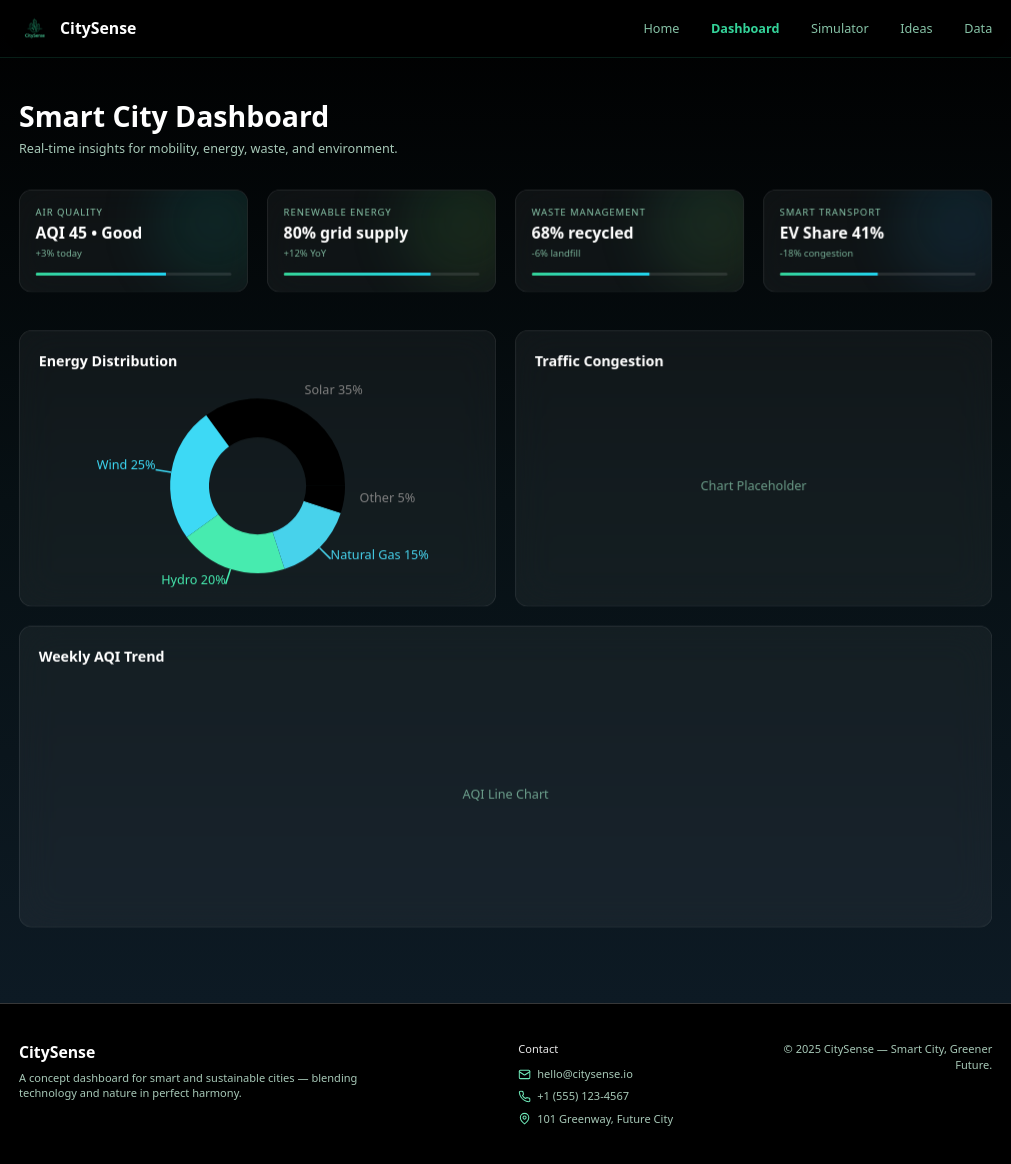
Repository: crashyet/CitySense
Page: /dashboard
These files come from the project's save history. The page is drawn as it stood at one moment and after the next save; the edit follows.
The browser window is 1280 px wide. The pictures show the whole page, at 79% of full size.
The project was rebuilt for these pictures with package versions that can differ from the ones it lists, and the page was loaded fresh each time. Also part of the build but not shown: vite.config.js, src/pages/landing/Hero.jsx, src/pages/landing/DashboardPreview.jsx, src/pages/landing/Infographic.jsx, src/pages/landing/Community.jsx, src/pages/landing/index.jsx, src/pages/Simulator/index.jsx, src/pages/Ideas/index.jsx and 1 more.

Above is the page before, as saved 2025-11-16 23:01:32.

### src/App.jsx
import { Routes, Route } from "react-router-dom";

import Landing from "./pages/landing";
import Dashboard from "./pages/Dashboardpack";
import Simulator from "./pages/Simulator";
import Ideas from "./pages/Ideas";
import DataPage from "./pages/Data";

export default function App() {
  return (
    <Routes>
      <Route path="/" element={<Landing />} />
      <Route path="/dashboard" element={<Dashboard />} />
      <Route path="/simulator" element={<Simulator />} />
      <Route path="/ideas" element={<Ideas />} />
      <Route path="/data" element={<DataPage />} />
    </Routes>
  );
}

### src/pages/Dashboardpack/index.jsx
import Navbar from "../../components/Navbar";
import Footer from "../../components/Footer";
import EnergyPieChart from "../../components/EnergyPieChart";

export default function Dashboardpack() {
  return (
    <>
      <Navbar />

      <div className="relative w-full bg-gradient-to-b from-black via-[#071014] to-[#0d1a24] text-white pb-24 pt-32">

        <div className="mx-auto max-w-7xl px-6">

          {/* Header */}
          <div className="mb-10">
            <h1 className="text-3xl md:text-4xl font-semibold">Smart City Dashboard</h1>
            <p className="text-emerald-100/80 mt-2">
              Real-time insights for mobility, energy, waste, and environment.
            </p>
          </div>

          {/* Top Stats */}
          <div className="grid grid-cols-1 md:grid-cols-2 lg:grid-cols-4 gap-6 mb-12">

            {/* Card */}
            <div className="group relative overflow-hidden rounded-2xl border border-white/10 bg-white/5 p-5 backdrop-blur-xl transition hover:border-emerald-300/40">
              <div className="absolute -right-10 -top-10 h-40 w-40 rounded-full bg-gradient-to-br
              from-cyan-500/30 to-emerald-500/30 opacity-40 blur-2xl" />

              <div className="relative">
                <p className="text-xs uppercase tracking-widest text-emerald-200/80">Air Quality</p>
                <p className="mt-1 text-xl font-semibold">AQI 45 • Good</p>
                <p className="text-xs text-emerald-200/70 mt-1">+3% today</p>
                <div className="mt-4 h-1 w-full bg-white/10 rounded-full overflow-hidden">
                  <div className="h-full w-2/3 bg-gradient-to-r from-emerald-400 to-cyan-400"></div>
                </div>
              </div>
            </div>

            {/* Card */}
            <div className="group relative overflow-hidden rounded-2xl border border-white/10 bg-white/5 p-5 backdrop-blur-xl transition hover:border-emerald-300/40">
              <div className="absolute -right-10 -top-10 h-40 w-40 rounded-full bg-gradient-to-br
              from-emerald-500/30 to-lime-400/30 opacity-40 blur-2xl" />

              <div className="relative">
                <p className="text-xs uppercase tracking-widest text-emerald-200/80">Renewable Energy</p>
                <p className="mt-1 text-xl font-semibold">80% grid supply</p>
                <p className="text-xs text-emerald-200/70 mt-1">+12% YoY</p>
                <div className="mt-4 h-1 w-full bg-white/10 rounded-full overflow-hidden">
                  <div className="h-full w-3/4 bg-gradient-to-r from-emerald-400 to-cyan-400"></div>
                </div>
              </div>
            </div>

            {/* Card */}
            <div className="group relative overflow-hidden rounded-2xl border border-white/10 bg-white/5 p-5 backdrop-blur-xl transition hover:border-emerald-300/40">
              <div className="absolute -right-10 -top-10 h-40 w-40 rounded-full bg-gradient-to-br
              from-teal-400/30 to-lime-400/30 opacity-40 blur-2xl" />

              <div className="relative">
                <p className="text-xs uppercase tracking-widest text-emerald-200/80">Waste Management</p>
                <p className="mt-1 text-xl font-semibold">68% recycled</p>
                <p className="text-xs text-emerald-200/70 mt-1">-6% landfill</p>
                <div className="mt-4 h-1 w-full bg-white/10 rounded-full overflow-hidden">
                  <div className="h-full w-3/5 bg-gradient-to-r from-emerald-400 to-cyan-400"></div>
                </div>
              </div>
            </div>

            {/* Card */}
            <div className="group relative overflow-hidden rounded-2xl border border-white/10 bg-white/5 p-5 backdrop-blur-xl transition hover:border-emerald-300/40">
              <div className="absolute -right-10 -top-10 h-40 w-40 rounded-full bg-gradient-to-br
              from-cyan-500/30 to-blue-500/30 opacity-40 blur-2xl" />

              <div className="relative">
                <p className="text-xs uppercase tracking-widest text-emerald-200/80">Smart Transport</p>
                <p className="mt-1 text-xl font-semibold">EV Share 41%</p>
                <p className="text-xs text-emerald-200/70 mt-1">-18% congestion</p>
                <div className="mt-4 h-1 w-full bg-white/10 rounded-full overflow-hidden">
                  <div className="h-full w-1/2 bg-gradient-to-r from-emerald-400 to-cyan-400"></div>
                </div>
              </div>
            </div>

          </div>

          {/* 2 Column Charts */}
          <div className="grid grid-cols-1 md:grid-cols-2 gap-6">

            <div className="rounded-2xl border border-white/10 bg-white/5 p-6 backdrop-blur-xl md:col-span-1">
          <h3 className="text-lg font-semibold mb-4">Energy Distribution</h3>

          <div className="h-64">
            <EnergyPieChart />
          </div>
        </div>

            <div className="rounded-2xl border border-white/10 bg-white/5 p-6 backdrop-blur-xl">
              <h3 className="text-lg font-semibold mb-4">Traffic Congestion</h3>
              <div className="h-64 flex items-center justify-center text-emerald-200/60">
                Chart Placeholder
              </div>
            </div>

            <div className="rounded-2xl border border-white/10 bg-white/5 p-6 backdrop-blur-xl md:col-span-2">
              <h3 className="text-lg font-semibold mb-4">Weekly AQI Trend</h3>
              <div className="h-72 flex items-center justify-center text-emerald-200/60">
                AQI Line Chart
              </div>
            </div>

          </div>
        </div>
      </div>

      <Footer />
    </>
  );
}

### src/components/Navbar.jsx
import { NavLink } from "react-router-dom";
import { useState } from "react";
import Logo from "../assets/logo.png"; // sesuaikan path logo

export default function Navbar() {
  const [open, setOpen] = useState(false);

  const linkClass = ({ isActive }) =>
    isActive
      ? "text-emerald-400 font-semibold"
      : "text-emerald-200/80 hover:text-white";

  return (
    <header className="fixed w-full z-50 bg-black/40 backdrop-blur-xl border-b border-emerald-400/20 px-6 py-4">
      <div className="max-w-7xl mx-auto flex justify-between items-center">

        {/* LOGO */}
        <NavLink to="/" className="flex items-center gap-3">
          <img src={Logo} className="w-10 h-10" />
          <span className="text-xl text-white font-semibold">CitySense</span>
        </NavLink>

        {/* DESKTOP NAV */}
        <nav className="hidden md:flex gap-10">
          <NavLink to="/" className={linkClass}>Home</NavLink>
          <NavLink to="/dashboard" className={linkClass}>Dashboard</NavLink>
          <NavLink to="/simulator" className={linkClass}>Simulator</NavLink>
          <NavLink to="/ideas" className={linkClass}>Ideas</NavLink>
          <NavLink to="/data" className={linkClass}>Data</NavLink>
        </nav>

        {/* MOBILE BUTTON */}
        <button className="md:hidden text-white" onClick={() => setOpen(!open)}>
          {open ? "✖" : "☰"}
        </button>
      </div>

      {/* MOBILE NAV */}
      {open && (
        <div className="md:hidden bg-black/60 backdrop-blur-lg px-6 pb-4 flex flex-col gap-3">
          <NavLink onClick={() => setOpen(false)} to="/" className="text-white">Home</NavLink>
          <NavLink onClick={() => setOpen(false)} to="/dashboard" className="text-white">Dashboard</NavLink>
          <NavLink onClick={() => setOpen(false)} to="/simulator" className="text-white">Simulator</NavLink>
          <NavLink onClick={() => setOpen(false)} to="/ideas" className="text-white">Ideas</NavLink>
          <NavLink onClick={() => setOpen(false)} to="/data" className="text-white">Data</NavLink>
        </div>
      )}
    </header>
  );
}

### src/components/Footer.jsx
import React from "react";

const Footer = () => {
  return (
    <footer id="contact" className="relative w-full bg-black text-white">
      <div className="mx-auto max-w-7xl px-6 py-12">

        <div className="grid grid-cols-1 gap-8 md:grid-cols-4">

          {/* Brand */}
          <div className="col-span-2">
            <h4 className="text-xl font-semibold">CitySense</h4>
            <p className="mt-2 max-w-md text-sm text-emerald-100/80">
              A concept dashboard for smart and sustainable cities — blending
              technology and nature in perfect harmony.
            </p>
          </div>

          {/* Contact */}
          <div>
            <p className="text-sm font-medium text-white/90">Contact</p>
            <ul className="mt-3 space-y-2 text-sm text-emerald-100/80">

              <li className="flex items-center gap-2">
                <svg xmlns="http://www.w3.org/2000/svg" width="24" height="24"
                  viewBox="0 0 24 24" fill="none" stroke="currentColor"
                  strokeWidth="2" strokeLinecap="round" strokeLinejoin="round"
                  className="lucide lucide-mail h-4 w-4 text-emerald-300">
                  <rect width="20" height="16" x="2" y="4" rx="2"></rect>
                  <path d="m22 7-8.97 5.7a1.94 1.94 0 0 1-2.06
                    0L2 7"></path>
                </svg>
                hello@citysense.io
              </li>

              <li className="flex items-center gap-2">
                <svg xmlns="http://www.w3.org/2000/svg" width="24" height="24"
                  viewBox="0 0 24 24" fill="none" stroke="currentColor"
                  strokeWidth="2" strokeLinecap="round" strokeLinejoin="round"
                  className="lucide lucide-phone h-4 w-4 text-emerald-300">
                  <path d="M22 16.92v3a2 2 0 0 1-2.18
                    2 19.79 19.79 0 0 1-8.63-3.07 19.5
                    19.5 0 0 1-6-6 19.79 19.79 0 0
                    1-3.07-8.67A2 2 0 0 1 4.11 2h3a2
                    2 0 0 1 2 1.72 12.84 12.84 0 0
                    0 .7 2.81 2 2 0 0 1-.45
                    2.11L8.09 9.91a16 16 0 0 0 6
                    6l1.27-1.27a2 2 0 0 1 2.11-.45
                    12.84 12.84 0 0 0 2.81.7A2
                    2 0 0 1 22 16.92z"></path>
                </svg>
                +1 (555) 123-4567
              </li>

              <li className="flex items-center gap-2">
                <svg xmlns="http://www.w3.org/2000/svg" width="24" height="24"
                  viewBox="0 0 24 24" fill="none" stroke="currentColor"
                  strokeWidth="2" strokeLinecap="round" strokeLinejoin="round"
                  className="lucide lucide-map-pin h-4 w-4 text-emerald-300">
                  <path d="M20 10c0 6-8 12-8
                    12s-8-6-8-12a8 8 0 0 1
                    16 0Z"></path>
                  <circle cx="12" cy="10" r="3"></circle>
                </svg>
                101 Greenway, Future City
              </li>

            </ul>
          </div>

          {/* Copyright */}
          <div className="md:text-right">
            <p className="text-sm text-emerald-100/80">
              © 2025 CitySense — Smart City, Greener Future.
            </p>
          </div>

        </div>
      </div>
    </footer>
  );
};

export default Footer;

### src/components/EnergyPieChart.jsx
import { PieChart, Pie, Cell, Tooltip, ResponsiveContainer } from "recharts";
import { color } from "three/tsl";

const data = [
  { name: "Solar", value: 35, colo: "blue" },
  { name: "Wind", value: 25, color: "hsl(189 90% 60%)" },
  { name: "Hydro", value: 20, color: "hsl(158 80% 60%)" },
  { name: "Natural Gas", value: 15, color: "hsl(189 80% 60%)" },
  { name: "Other", value: 5,},
];

export default function EnergyPieChart() {
  return (
    <div className="w-full h-full">
      <ResponsiveContainer width="100%" height="100%">
        <PieChart>
          <Pie
            data={data}
            dataKey="value"
            nameKey="name"
            cx="50%"
            cy="50%"
            innerRadius="50%"
            outerRadius="90%"
            stroke="E67E22"
            strokeWidth={2}
            label={({ name, value }) => `${name} ${value}%`}
            labelLine={true}
          >
            {data.map((entry, index) => (
              <Cell key={index} fill={entry.color} />
            ))}
          </Pie>

          <Tooltip
            contentStyle={{
              background: "rgba(255,255,255,0.1)",
              border: "1px solid rgba(255,255,255,0.2)",
              backdropFilter: "blur(10px)",
              color: "#fff",
            }}
          />
        </PieChart>
      </ResponsiveContainer>
    </div>
  );
}

Loaded but not shown: index.html (common file); src/main.jsx (common file); src/index.css (common file); tailwind.config.js (common file)

After the next save:
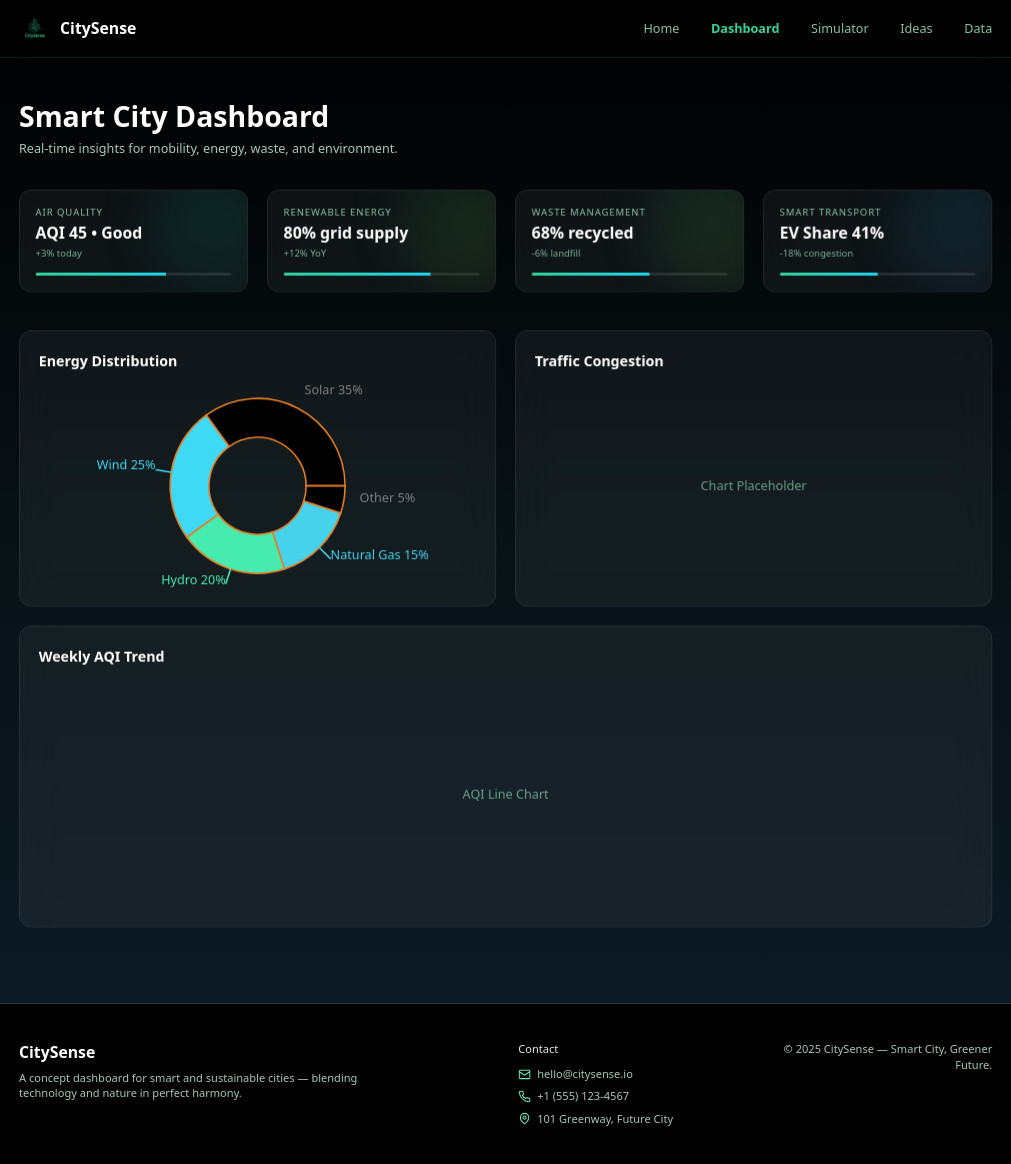
Saved 6 s later.
--- a/src/components/EnergyPieChart.jsx
+++ b/src/components/EnergyPieChart.jsx
@@ -22,7 +22,7 @@ export default function EnergyPieChart() {
             cy="50%"
             innerRadius="50%"
             outerRadius="90%"
-            stroke="E67E22"
+            stroke="#E67E22"
             strokeWidth={2}
             label={({ name, value }) => `${name} ${value}%`}
             labelLine={true}
